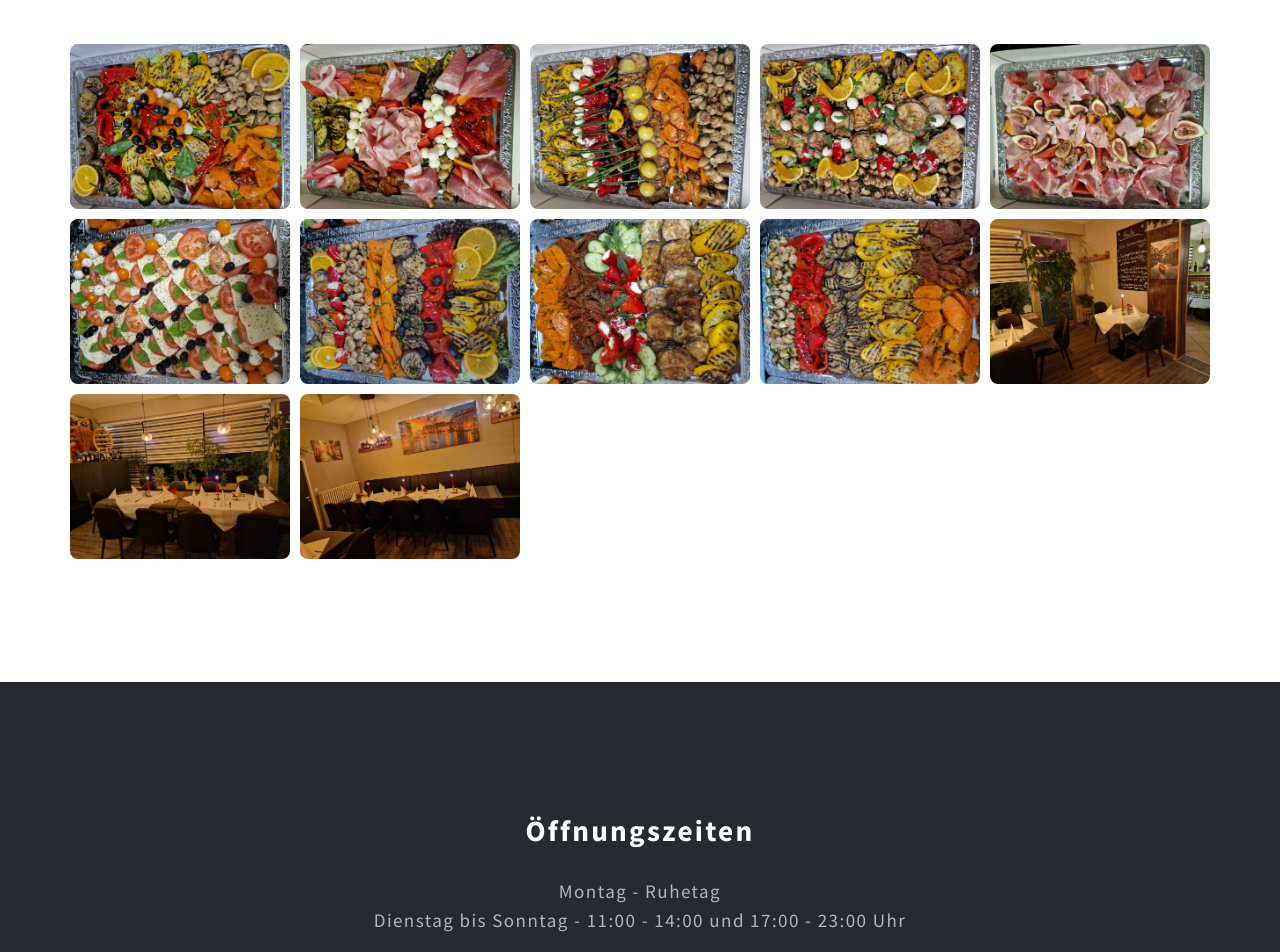
Repository: restaurantlamontana/restaurantlamontana.github.io
Page: index.html
These files come from the project's save history. The page is drawn as it stood at one moment and after a run of saves; the edit follows.
The browser window is 1280 px wide. The pictures show the part of the page from y = 922 to 1874 px (the page is 2160 px tall).

Above is the page before, as saved 2024-07-14 18:36:30.

After the next 3 saves:
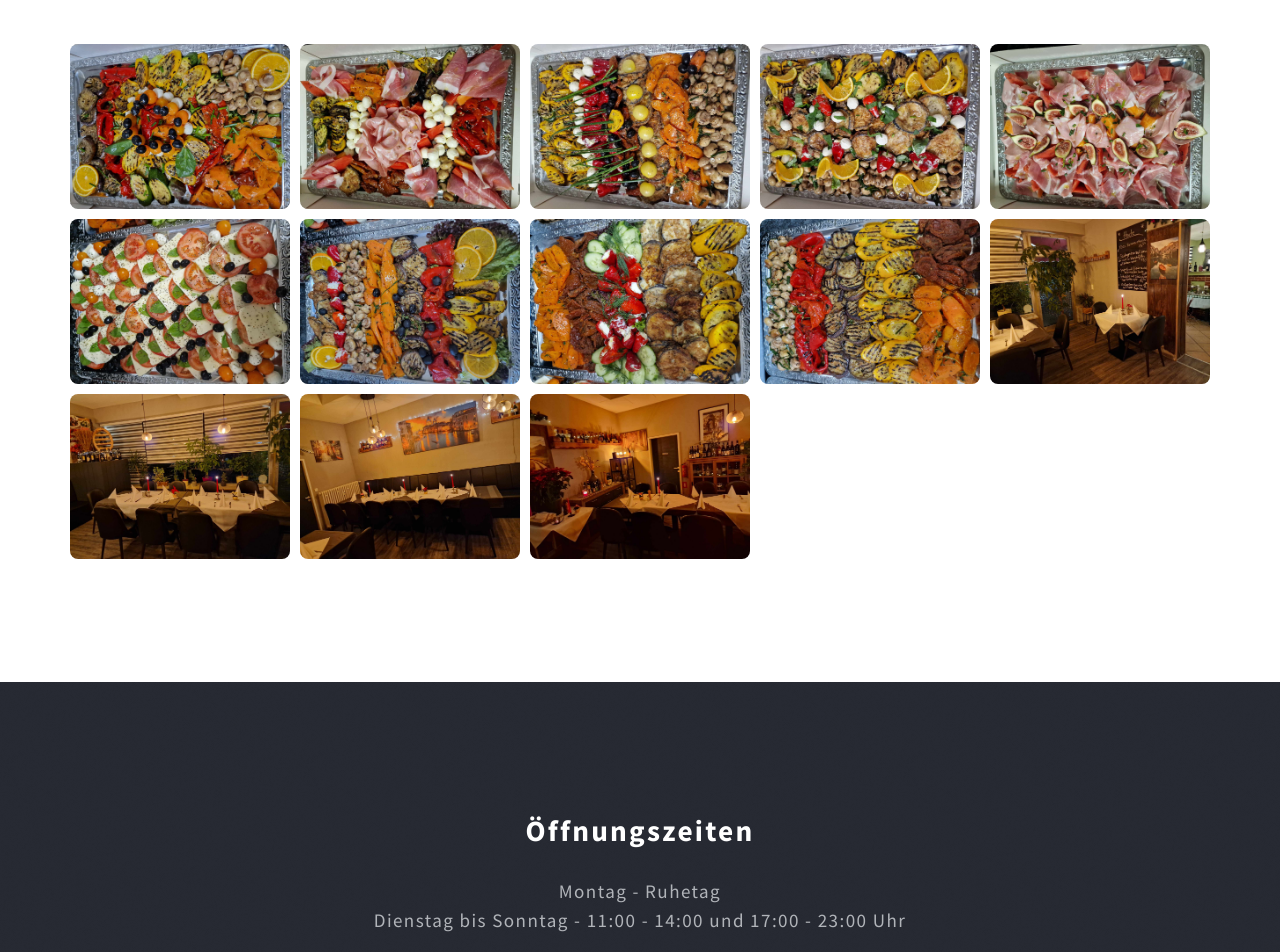
The 3 saves are shown as one change because they came seconds apart.
The last was saved 32 s later.
--- a/index.html
+++ b/index.html
@@ -61,6 +61,7 @@
             <img src="images/IMG_3203.JPG">
             <img src="images/IMG_3204.JPG">
             <img src="images/IMG_3205.JPG">
+			<img src="images/IMG_3207.JPG">
           </div>
         </div>
       </section>
